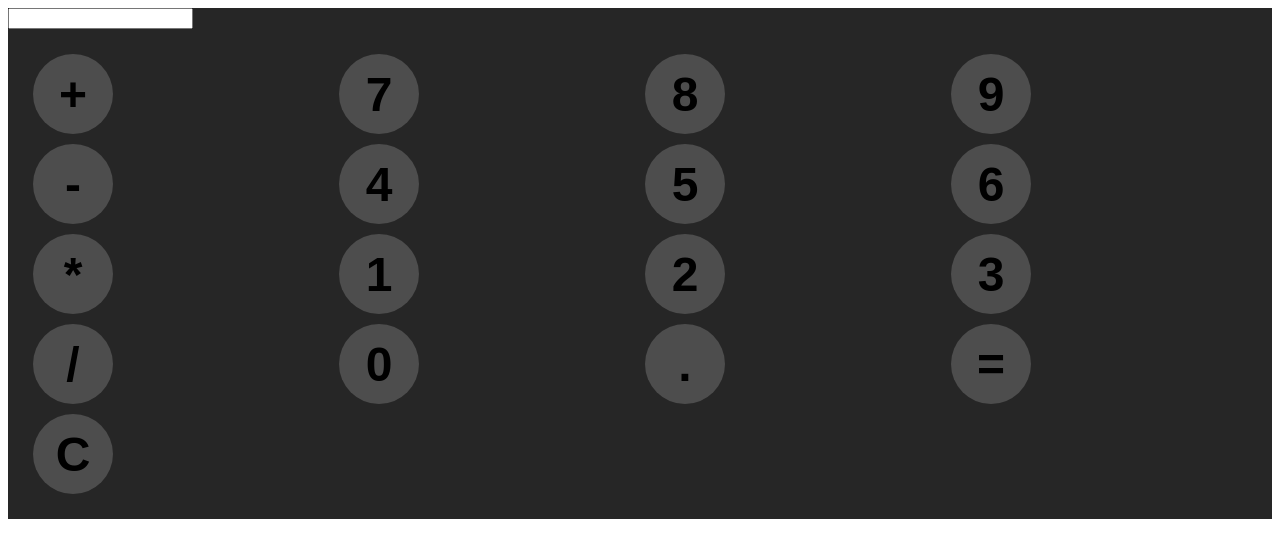
Repository: Haakim19/JavaScript
Page: Calculater/Main.html
These files come from the project's save history. The page is drawn as it stood at one moment and after the next save; the edit follows.
The browser window is 1280 px wide. The pictures show the whole page.

Above is the page before, as saved 2024-10-22 21:43:54.

### Calculater/Main.html
<!DOCTYPE html>
<html lang="en">
<head>
    <meta charset="UTF-8">
    <meta name="viewport" content="width=device-width, initial-scale=1.0">
    <title>Calculator</title>
    <link rel="stylesheet" href="Main.css">
</head>
<body>
    <div class="calculator">
        <input type="display" readonly>
        <div class="keys">
            <button onclick="appentToDisplay('+')">+</button>
            <button onclick="appentToDisplay('7')">7</button>
            <button onclick="appentToDisplay('8')">8</button>
            <button onclick="appentToDisplay('9')">9</button>
            <button onclick="appentToDisplay('-')">-</button>
            <button onclick="appentToDisplay('4')">4</button>
            <button onclick="appentToDisplay('5')">5</button>
            <button onclick="appentToDisplay('6')">6</button>
            <button onclick="appentToDisplay('*')">*</button>
            <button onclick="appentToDisplay('1')">1</button>
            <button onclick="appentToDisplay('2')">2</button>
            <button onclick="appentToDisplay('3')">3</button>
            <button onclick="appentToDisplay('/')">/</button>
            <button onclick="appentToDisplay('0')">0</button>
            <button onclick="appentToDisplay('.')">.</button>
            <button onclick="calculate()">=</button>
            <button onclick="clear">C</button>
        </div>
    </div>

</body>
</html>

### Calculater/Main.css
.calculator{
    font-family: monospace;
    background-color: hsl(0, 0%, 15%);
}
.keys{
    display: grid;
    grid-template-columns: repeat(4, 1fr);
    gap: 10px;
    padding: 25px;
}
button{
    width: 80px;
    height: 80px;
    border-radius: 50px;
    border: none;
    font-size: 3rem;
    background-color: hsl(0, 0%, 30%);
    font-weight: bold;
    cursor: pointer;
}

After the next save:
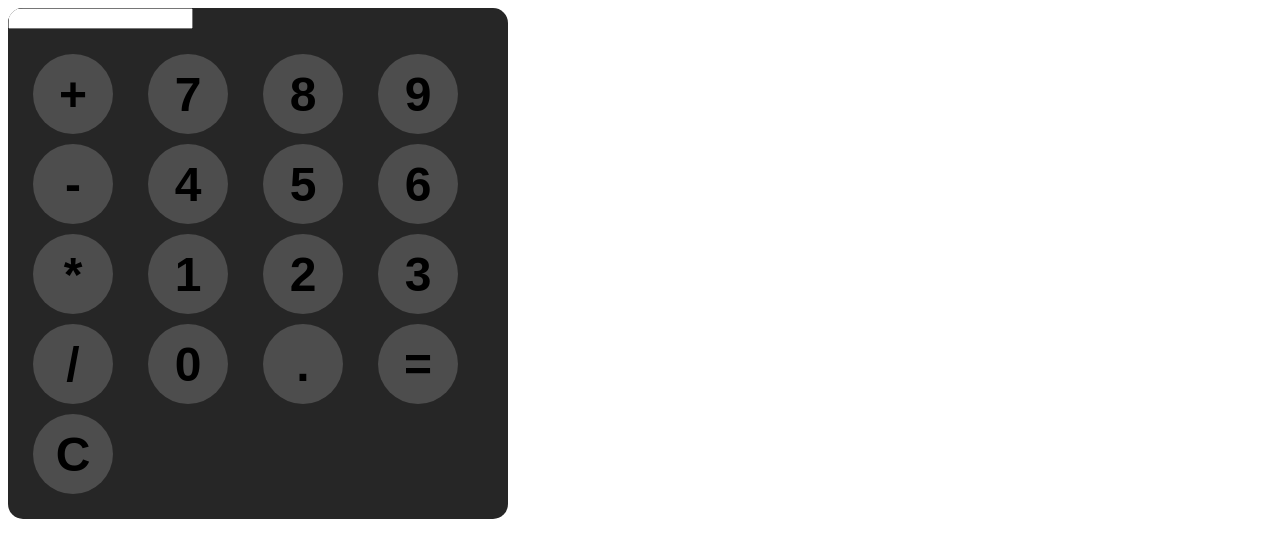
Saved 31 s later.
--- a/Calculater/Main.css
+++ b/Calculater/Main.css
@@ -1,6 +1,9 @@
 .calculator{
     font-family: monospace;
     background-color: hsl(0, 0%, 15%);
+    border-radius: 15px;
+    max-width: 500px;
+    overflow: hidden;
 }
 .keys{
     display: grid;
